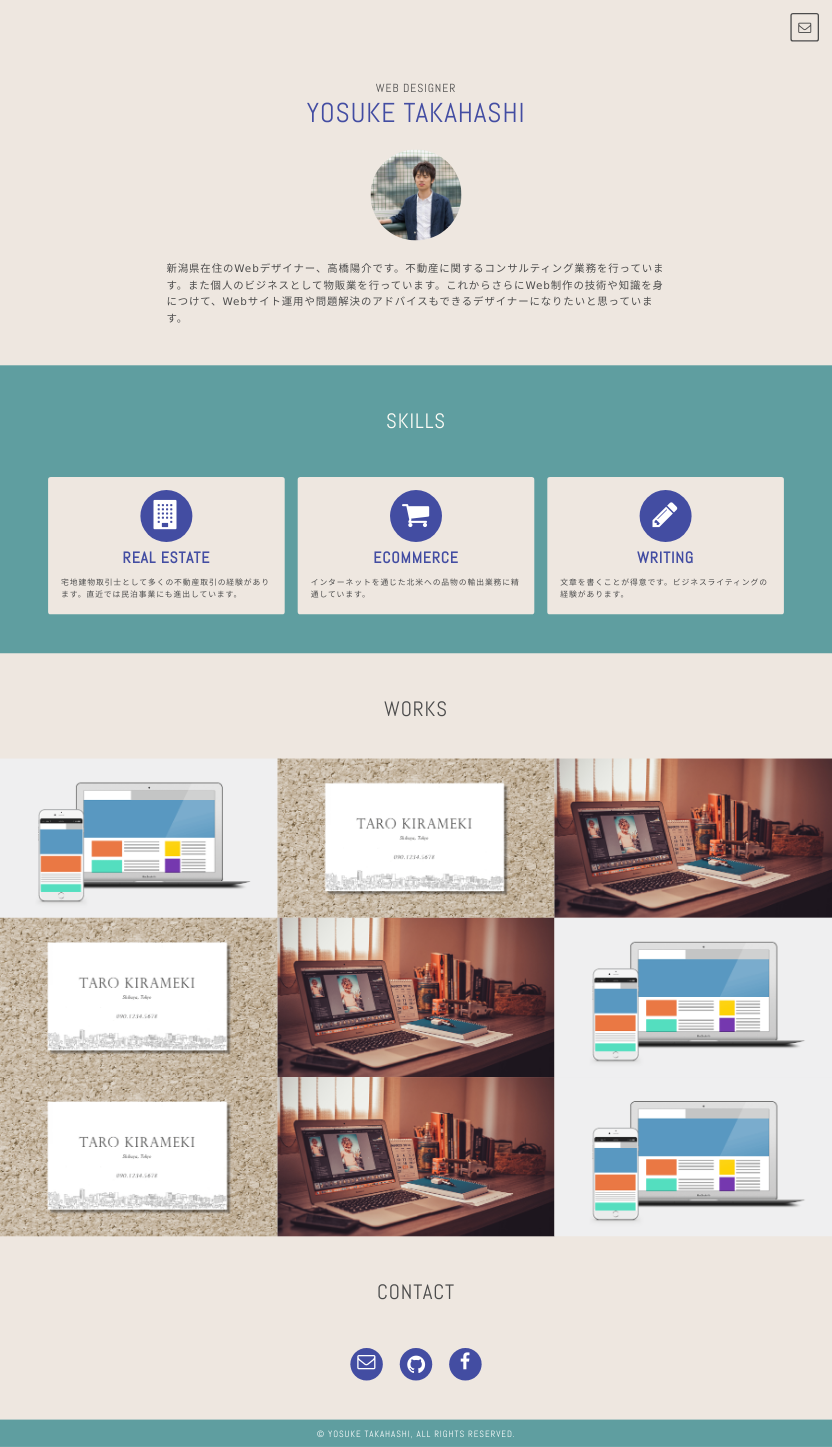
Repository: ysktkhs/responsive-site
Page: environment/portfolio/index.html
The author's editor kept a record of every edit. The page is drawn from the files as they stood at one moment, then again after the next edit.
The browser window is 1280 px wide. The pictures show the whole page, at 65% of full size.
Some web libraries are served in a nearby version.

Above is the page before.

### environment/portfolio/index.html
<!DOCTYPE html>
<html lang="ja">

<head>
    <meta charset="utf-8">
    <title>Web Designer - Yosuke Takahashi</title>
    <meta name="description" content="Webデザイナー 高橋陽介のポートフォリオサイトです。東京を中心に活動しています。">
    <meta name="keywords" content="Web, デザイン, デザイナー, ポートフォリオ, Web制作">
    <link rel="stylesheet" href="https://cdnjs.cloudflare.com/ajax/libs/meyer-reset/2.0/reset.css">
    <link rel="stylesheet" href="./css/style.css">
    <link rel="stylesheet" href="https://maxcdn.bootstrapcdn.com/font-awesome/4.7.0/css/font-awesome.min.css">
</head>

<body>
    <header>
        <a href="#contact" class="button-contact"><i class="fa fa-envelope-o" aria-label="お問い合わせ"></i></a>
        <div class="profile">
            <h1 class="site-title abel uppercase text-center">Web Designer <span>Yosuke Takahashi</span></h1>
            <img src="./images/img_profile.jpg" alt="プロフィール写真" width="140" height="140" class="block-center profile-icon">

            <p>新潟県在住のWebデザイナー、高橋陽介です。不動産に関するコンサルティング業務を行っています。また個人のビジネスとして物販業を行っています。これからさらにWeb制作の技術や知識を身につけて、Webサイト運用や問題解決のアドバイスもできるデザイナーになりたいと思っています。</p>
        </div>
    </header>
    <main>
        <section id="skills">
            <h2 class="text-center">Skills</h2>
            <div class="container">
                <div class="skill-box">
                    <i aria-hidden="true" class="skill-icon fa fa-building"></i>
                    <h3 class="text-center">Real Estate</h3>
                    <p>宅地建物取引士として多くの不動産取引の経験があります。直近では民泊事業にも進出しています。</p>
                </div>
                <div class="skill-box">
                    <i aria-hidden="true" class="skill-icon fa fa-shopping-cart"></i>
                    <h3 class="text-center">Ecommerce</h3>
                    <p>インターネットを通じた北米への品物の輸出業務に精通しています。</p>
                </div>
                <div class="skill-box">
                    <i aria-hidden="true" class="skill-icon fa fa-pencil"></i>
                    <h3 class="text-center">Writing</h3>
                    <p>文章を書くことが得意です。ビジネスライティングの経験があります。</p>
                </div>

            </div>
        </section>
        <section id="works">
            <h2 class="text-center">Works</h2>
            <div class="works-box">
                <a href="#">
                <img src="./images/img_work_site.png" alt="株式会社きらめき コーポレートサイト様 Webサイトデザイン">
                <div class="works-box-inner">
                    <div class="text-center">
                        <h3>株式会社きらめき コーポレートサイト</h3>
                        <small>2016.04.20</small>
                        <span class="button-readmore">Read More</span>
                    </div>
                </div>
            </a>
            </div>
            <div class="works-box">
                <a href="#">
                <img src="./images/img_work_card.jpg" alt="きらめき太郎様 名刺デザイン">
                <div class="works-box-inner">
                    <div class="text-center">
                        <h3>きらめき太郎様 名刺</h3>
                        <small>2016.04.20</small>
                        <span class="button-readmore">Read More</span>
                    </div>
                </div>
            </a>
            </div>
            <div class="works-box">
                <a href="#">
                <img src="./images/img_work_blog.jpg" alt="WordPressオリジナルテーマ">
                <div class="works-box-inner">
                    <div class="text-center">
                        <h3>ブログデザイン</h3>
                        <small>2016.04.20</small>
                        <span class="button-readmore">Read More</span>
                    </div>
                </div>
            </a>
            </div>
            <div class="works-box">
                <a href="#">
                <img src="./images/img_work_card.jpg" alt="きらめき太郎様 名刺デザイン">
                <div class="works-box-inner">
                    <div class="text-center">
                        <h3>きらめき太郎様 名刺</h3>
                        <small>2016.04.20</small>
                        <span class="button-readmore">Read More</span>
                    </div>
                </div>
            </a>
            </div>
            <div class="works-box">
                <a href="#">
                <img src="./images/img_work_blog.jpg" alt="WordPressオリジナルテーマ">
                <div class="works-box-inner">
                    <div class="text-center">
                        <h3>ブログデザイン</h3>
                        <small>2016.04.20</small>
                        <span class="button-readmore">Read More</span>
                    </div>
                </div>
            </a>
            </div>
            <div class="works-box">
                <a href="#">
                <img src="./images/img_work_site.png" alt="株式会社きらめき コーポレートサイト様 Webサイトデザイン">
                <div class="works-box-inner">
                    <div class="text-center">
                        <h3>株式会社きらめき コーポレートサイト</h3>
                        <small>2016.04.20</small>
                        <span class="button-readmore">Read More</span>
                    </div>
                </div>
            </a>
            </div>




            <div class="works-box">
                <a href="#">
                <img src="./images/img_work_card.jpg" alt="きらめき太郎様 名刺デザイン">
                <div class="works-box-inner">
                    <div class="text-center">
                        <h3>きらめき太郎様 名刺</h3>
                        <small>2016.04.20</small>
                        <span class="button-readmore">Read More</span>
                    </div>
                </div>
            </a>
            </div>
            <div class="works-box">
                <a href="#">
                <img src="./images/img_work_blog.jpg" alt="WordPressオリジナルテーマ">
                <div class="works-box-inner">
                    <div class="text-center">
                        <h3>ブログデザイン</h3>
                        <small>2016.04.20</small>
                        <span class="button-readmore">Read More</span>
                    </div>
                </div>
            </a>
            </div>
            <div class="works-box">
                <a href="#">
                <img src="./images/img_work_site.png" alt="株式会社きらめき コーポレートサイト様 Webサイトデザイン">
                <div class="works-box-inner">
                    <div class="text-center">
                        <h3>株式会社きらめき コーポレートサイト</h3>
                        <small>2016.04.20</small>
                        <span class="button-readmore">Read More</span>
                    </div>
                </div>
            </a>
            </div>




        </section>
        <section id="contact">
            <h2 class="text-center">Contact</h2>
            <ul>
                <li><a href="ysktkhs.com@gmail.com"><i aria-label="メール" class="fa fa-envelope-o"></i></a></li>
                <li class="github"><a href="https://github.com/ysktkhs"><i aria-label="GitHub" class="fa fa-github"></i></a></li>
                <li class="facebook"><a href="https://www.facebook.com/yosuke.takahashi.3597"><i aria-label="facebook" class="fa fa-facebook"></i></a></li>
            </ul>
        </section>
    </main>
    <footer>
        <small class="text-center abel uppercase">&copy; Yosuke Takahashi, All Rights Reserved.</small>
    </footer>
</body>

</html>

### environment/portfolio/css/style.css
/* 文字コードの指定
------------------------------------------------------------*/
@charset "UTF-8";

/* Google Fonts用のCSSを読み込み
------------------------------------------------------------*/
@import 'https://fonts.googleapis.com/css?family=Abel';
body {
    font-family: 'Abel', sans-serif;
}
html
{
    font-size: 62.5%; /* ベースとなるフォントサイズの定義 */
}

body
{
    font-family: '游ゴシック', YuGothic, 'メイリオ', Verdana, 'Hiragino Kaku Gothic ProN', Meiryo, sans-serif; /* フォントの種類 */
    font-size: 1.4rem; /* フォントサイズ */
    line-height: 1.6; /* 行間 */

    letter-spacing: .1em;　/* 文字間隔 */

    color: #4c4c4c; /* 文字色 */
    background-color: #eee7e0; /* 背景色 */
}
html /* root */
{
    font-size: 62.5%; /* =10px =100% */
}

body {
 /* すべて14px
------------------------------------------------------------*/
    font-size: 14px;
    font-size: 140%;
    font-size: 1.4em;
    font-size: 1.4rem;
}

h1 {
    font-size: 20px; /* そのまま20px */
    font-size: 200%; /* 親要素bodyの14pxを基準に200% =28px */
    font-size: 2em; /* 親要素bodyの14pxを基準に2倍 =28px */
    font-size: 2rem; /* rootの10pxを基準に2倍 =20px */
}

div {
    font-size: 12px; /* そのまま12px */
    font-size: 120%; /* 親要素bodyの14pxを基準に120% =16.8px(約17px) */
    font-size: 1.2em; /* 親要素bodyの14pxを基準に1.2倍 =16.8px(約17px) */
    font-size: 1.2rem; /* rootの10pxを基準に1.2倍 =12px */
}
div p {
    font-size: 12px; /* そのまま12px */
    font-size: 120%; /* 親要素divの17pxを基準に120% =20.4px(約20px) */
    font-size: 1.2em; /* 親要素divの17pxを基準に1.2倍 =20.4px(約20px) */
    font-size: 1.2rem; /* rootの10pxを基準に1.2倍 =12px */
}
body {
    color: #4c4c4c; /* 文字色 */
    background-color: #eee7e0; /* 背景色 */
}
.button-contact
{
    font-size: 20px; /* フォントサイズ */
    line-height: 0; /* 行の高さ */

    display: block; /* ブロック要素のように扱う */
    float: right; /* 要素を右寄せ */

    width: 20px; /* 幅 */
    height: 20px; /* 高さ */
    margin: 20px 20px 0 0; /* 要素の外側の余白 */
    padding: 10px; /* 要素の内側の余白 */

    text-align: center; /* テキストの中央寄せ */

    color: #4c4c4c; /* 文字色 */
    border: 2px solid #4c4c4c; /* ボーダー */
    -webkit-border-radius: 4px; /* 角丸 */
       -moz-border-radius: 4px;
            border-radius: 4px;
}
.uppercase,
section h2,
#skills h3,
#works .works-box a .works-box-inner .button-readmore
{
    text-transform: uppercase;
}
.text-center {
    text-align: center;
}
.abel {
    font-family: 'Abel', sans-serif; /* Google Fontsの指定 */
}


header .profile
{
    clear: both; /* 上のメールボタンのfloatを解除 */

    width: 60%;
    margin: 0 auto; /* ボックスを中央寄せ */
    padding: 60px 0;
}
header .site-title
{
    font-size: 1.8rem;
    line-height: normal;
}
header .site-title span
{
    font-size: 4.2rem;

    display: block;

    color: #434da2;
}
.block-center {
    display: block;
    margin-left: auto;
    margin-right: auto;
}


header .profile-icon
{
    margin: 30px auto;

    -webkit-border-radius: 50%;
       -moz-border-radius: 50%;
            border-radius: 50%;
}
header p
{
    font-size: 1.6rem;
}
section
{
    padding: 60px 0; /* section要素の余白を上下60pxで揃える */
}
section .container
{
    width: 90%; /* sectionの中のインナーボックスをウィンドウ幅に対して90%に */
}
section h2
{
    font-size: 3.2rem;/* section要素見出しを32pxで揃える */
}
.block-center,
section .container
{
    display: block;

    margin-right: auto;
    margin-left: auto;
}

.abel,
section h2
{
    font-family: 'Abel', sans-serif;
}

.uppercase,
section h2
{
    text-transform: uppercase;
}
#skills
{
    background-color: #5f9ea0;
}
#skills .container
{
    display: -webkit-flex;
    display:         flex;

    justify-content: space-between;
}
#skills h2
{
    margin-bottom: 60px;
    color: #fdfcf6;
}
#skills .skill-box
{
    -webkit-box-sizing: border-box;
       -moz-box-sizing: border-box;
            box-sizing: border-box;
    -webkit-flex: 1;
            flex: 1;
    margin: 0px 10px;
    padding: 20px;

    -webkit-border-radius: 4px;
       -moz-border-radius: 4px;
            border-radius: 4px;
    background-color: #eee7e0;
}
#skills i
{
    font-size: 4.5rem;

    -webkit-box-sizing: border-box;
       -moz-box-sizing: border-box;
            box-sizing: border-box;
    width: 80px;
    height: 80px;
    margin-bottom: 5px;
    padding-top: 15px;

    text-align: center;

    color: #fff;
    -webkit-border-radius: 50%;
       -moz-border-radius: 50%;
            border-radius: 50%;
    background-color: #434da2;
}
#skills h3
{
    font-size: 2.4rem;
    font-weight: bold;

    margin-bottom: 10px;

    color: #434da2;
}
.block-center,
section .container,
#skills i
{
    display: block;

    margin-right: auto;
    margin-left: auto;
}
#works
{
    padding-bottom: 0;
}

#works h2
{
    margin-bottom: 50px;
}

#works .works-box
{
    float: left;

    width: 33.33333%;
    height: 100%;
}

#works::after
{
    display: block;
    clear: both;

    content: '';
}
#works .works-box a
{
    position: relative;

    display: block;
}
#works .works-box a .works-box-inner
{
    position: absolute;
    top: 0;
    left: 0;

    display: none;

    height: 100%;

    color: #fff;
    background-color: rgba(0, 0, 0, .7);
}
#works .works-box a .works-box-inner div
{
    position: absolute;
    top: 0;
    right: 0;
    bottom: 0;
    left: 0;

    height: 40%;
    margin: auto;
    padding: 10px 20px;
}
#works .works-box a .works-box-inner h3
{
    font-size: 1.6rem;
    font-weight: bold;

    margin: 0 0 5px;
}
#works .works-box a .works-box-inner small
{
    font-size: 1rem;

    display: block;

    margin-bottom: 15px;
}
#works .works-box a .works-box-inner .button-readmore
{
    font-size: 1rem;
    font-weight: bold;

    display: block;

    width: 180px;
    margin: auto;
    padding: 5px 0;

    text-align: center;

    color: #fff;
    -webkit-border-radius: 4px;
       -moz-border-radius: 4px;
            border-radius: 4px;
    background-color: #434da2;
}
#works .works-box img
{
    display: block;

    max-width: 100%;
}
.abel,
section h2,
#skills h3,
#works .works-box a .works-box-inner .button-readmore
{
    font-family: 'Abel', sans-serif;
}

.uppercase,
section h2,
#skills h3,
#works .works-box a .works-box-inner .button-readmore
{
    text-transform: uppercase;
}
#works .works-box a:hover .works-box-inner
{
    display: block;

    width: 100%;
}

#works .works-box a .works-box-inner .button-readmore:hover
{
    background-color: #0f949b;
}
#contact ul
{
    margin-top: 60px;

    text-align: center;
}
#contact ul li
{
    font-size: 2.8rem;

    display: inline-block;

    -webkit-box-sizing: border-box;
       -moz-box-sizing: border-box;
            box-sizing: border-box;
    margin-right: 20px;

    text-align: center;
    vertical-align: top;
}
#contact ul li:last-child
{
    margin-right: 0;
}
#contact ul .github,
#contact ul .skype
{
    font-size: 3.2rem;
}
#contact ul .github i
{
    margin-left: 2px;
}
#contact ul a
{
    display: block;

    width: 50px;
    height: 50px;

    color: #fff;
    -webkit-border-radius: 50%;
       -moz-border-radius: 50%;
            border-radius: 50%;
    background-color: #434da2;
}
#contact ul a:hover
{
    background-color: #434da2;
}
footer
{
    padding: 10px 0;

    text-align: center;

    color: #fff;
    background-color: #5f9ea0;
}

After the next edit:
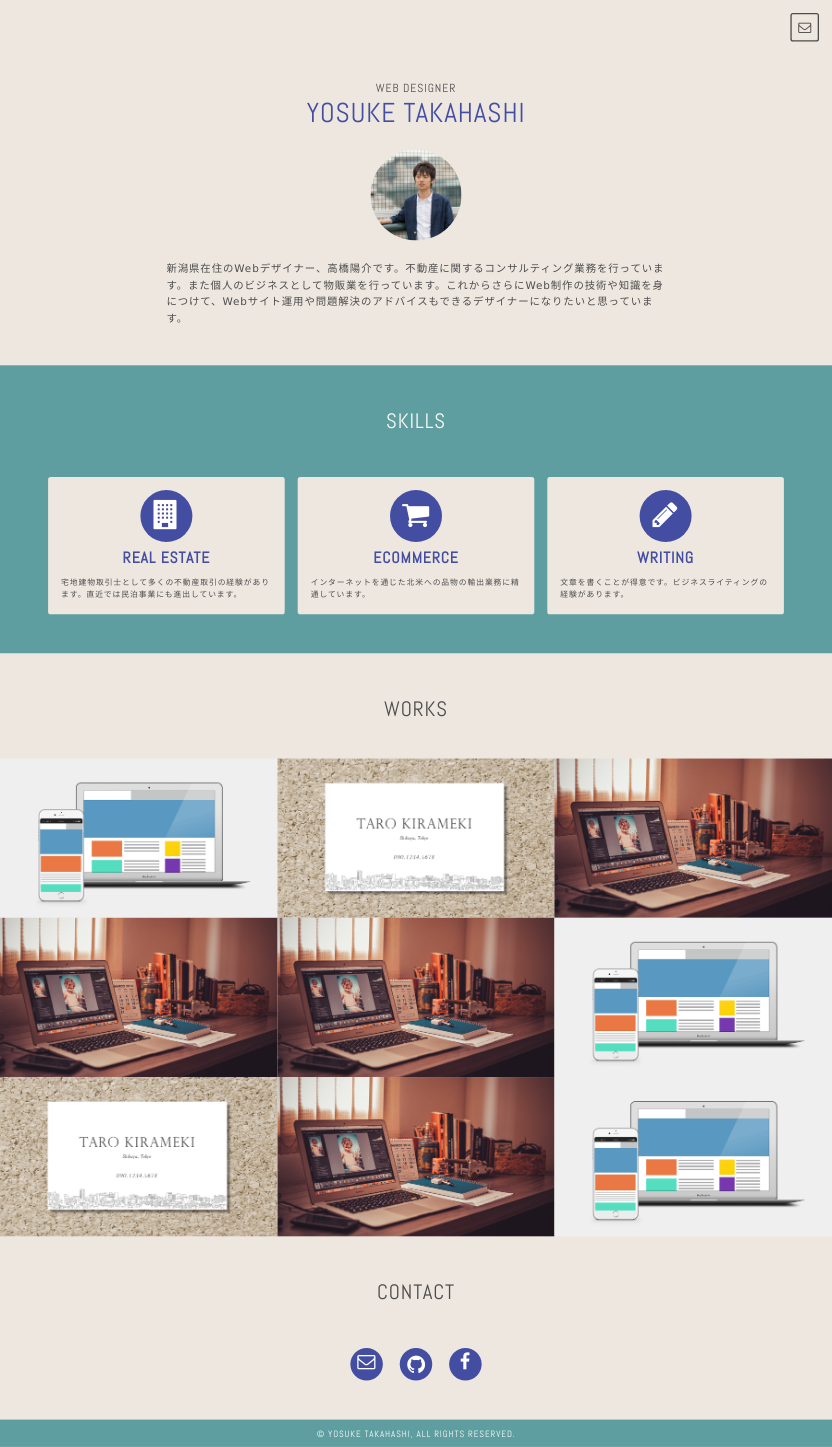
The edit:
--- a/environment/portfolio/index.html
+++ b/environment/portfolio/index.html
@@ -83,7 +83,7 @@
             </div>
             <div class="works-box">
                 <a href="#">
-                <img src="./images/img_work_card.jpg" alt="きらめき太郎様 名刺デザイン">
+                <img src="./images/img_work_blog.jpg" alt="WordPressオリジナルテーマ">
                 <div class="works-box-inner">
                     <div class="text-center">
                         <h3>きらめき太郎様 名刺</h3>
